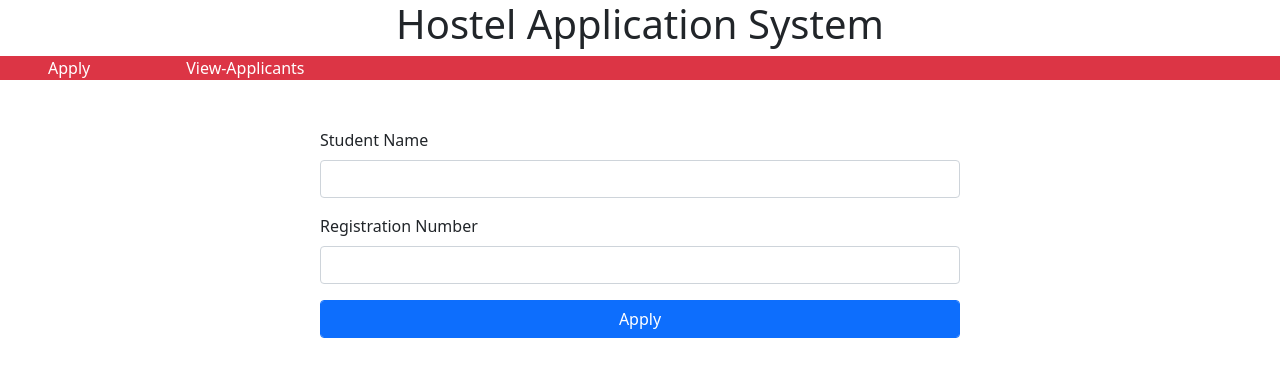
Repository: SaudCh/lab-final
Page: /hostelApplicants
These files come from the project's save history. The page is drawn as it stood at one moment and after the next save; the edit follows.
The browser window is 1280 px wide. The pictures show the whole page.
The project was rebuilt for these pictures with package versions that can differ from the ones it lists, and the page was loaded fresh each time. Also part of the build but not shown: src/components/ViewApplicant.jsx.

Above is the page before, as saved 2022-01-01 13:22:46.

### src/index.js
import React from 'react';
import ReactDOM from 'react-dom';
import 'bootstrap/dist/css/bootstrap.min.css';
import { BrowserRouter } from 'react-router-dom';
import App from './App';


ReactDOM.render(
  <BrowserRouter>
    <App />
  </BrowserRouter>,
  document.getElementById('root')
);

### src/App.js
import Navbar from "./components/Navbar";
import { Routes, Route } from 'react-router-dom';
import AddApplicant from './components/AddApplicant';
import ViewApplicant from './components/ViewApplicant';

function App() {
  return (
    <div>
      <h1 className="text-center">Hostel Application System</h1>
      <Navbar />
      <Routes>
        <Route path="/hostelApplicants" element={<AddApplicant />} />
        <Route
          path="/viewApplicants"
          element={<ViewApplicant />}
        />
        <Route
          path="/editApplicant"
          element={<ViewApplicant />}
        />
        <Route
          path="/deleteApplicant"
          element={<ViewApplicant />}
        />

      </Routes>
    </div>
  );
}

export default App;

### src/components/Navbar.jsx
import { Link } from "react-router-dom";

const Navbar = () => {
  return (
    <div>
      <div className="w-100 bg-danger">
        <Link
          to="/hostelApplicants"
          className="ms-5 me-5 text-decoration-none text-white"
        >
          Apply
        </Link>
        <Link
          to="/viewApplicants"
          className="ms-5 me-5 text-decoration-none text-white"
        >
          View-Applicants
        </Link>
        {/* <Link
          to="/viewApplicants"
          className="ms-5 me-5 text-decoration-none text-white"
        >
          Update Record
        </Link>
        <Link
          to="/viewApplicants"
          className="ms-5 me-5 text-decoration-none text-white"
        >
          Delete Record
        </Link> */}
      </div>
    </div>
  );
};

export default Navbar;

### src/components/AddApplicant.jsx
import { useState } from "react";
import axios from "axios";
const AddApplicant = () => {
  const [studentName, setStudentName] = useState("");
  const [registrationNumber, setRegistrationNumber] = useState("");
  const [message, setMessage] = useState();

  const addDetails = async (e) => {
    e.preventDefault();

    const data = {
      studentName: studentName,
      registrationNumber: registrationNumber,
    };
    await axios
      .post("http://localhost:5000/user/add", data)
      .then((response) => {
        console.log(response.data);
        setMessage(response.data.message);
      })
      .catch((e) => console.log(e));
    setStudentName("");
    setRegistrationNumber("");
  };

  return (
    <div className="col-md-6 position-absolute start-50 translate-middle-x mt-5">
      {message && <div className="alert alert-success">{message}</div>}
      <form>
        <label className="mb-2">Student Name</label>
        <input
          type="text"
          className="form-control mb-3"
          name="studentName"
          value={studentName}
          onChange={(e) => setStudentName(e.target.value)}
        />

        <label className="mb-2">Registration Number</label>
        <input
          type="text"
          className="form-control mb-3"
          value={registrationNumber}
          name="registrationNumber"
          onChange={(e) => setRegistrationNumber(e.target.value)}
        />

        <button
          className="btn btn-primary form-control"
          onClick={(e) => addDetails(e)}
        >
          Apply
        </button>
      </form>
    </div>
  );
};

export default AddApplicant;

Loaded but not shown: public/index.html (common file)

After the next save:
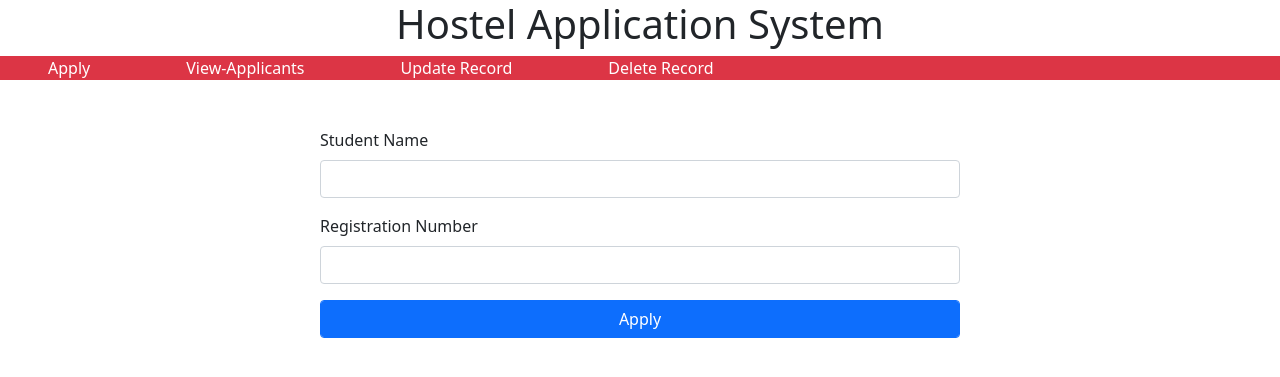
Saved 5 s later.
--- a/src/components/Navbar.jsx
+++ b/src/components/Navbar.jsx
@@ -16,7 +16,7 @@ const Navbar = () => {
         >
           View-Applicants
         </Link>
-        {/* <Link
+        <Link
           to="/viewApplicants"
           className="ms-5 me-5 text-decoration-none text-white"
         >
@@ -27,7 +27,7 @@ const Navbar = () => {
           className="ms-5 me-5 text-decoration-none text-white"
         >
           Delete Record
-        </Link> */}
+        </Link>
       </div>
     </div>
   );
